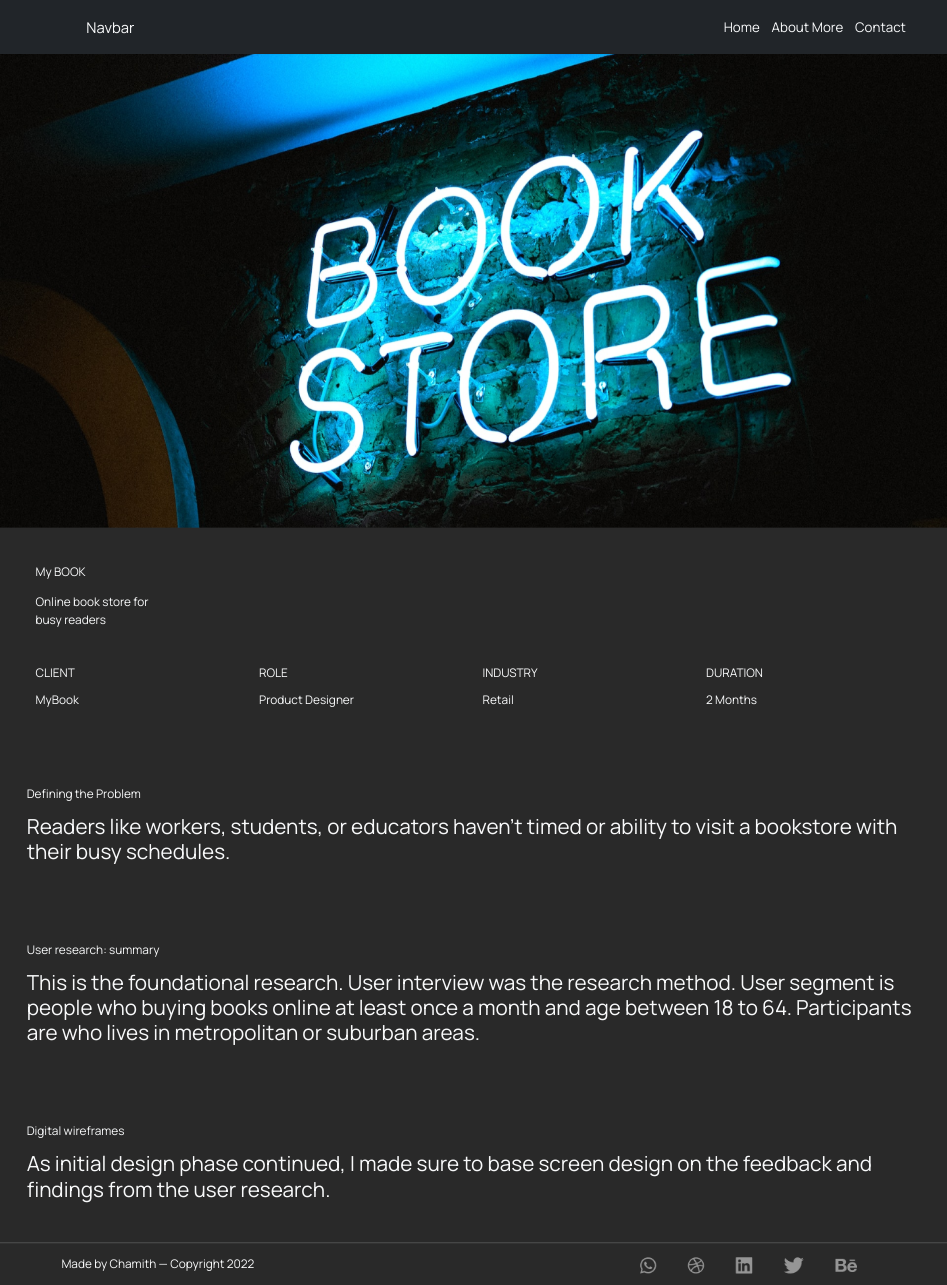
Repository: Realchamithweb/chamith-html
Page: work.html
These files come from the project's save history. The page is drawn as it stood at one moment and after a run of saves; the edit follows.
The browser window is 1280 px wide. The pictures show the whole page, at 74% of full size.

Above is the page before, as saved 2023-01-24 07:23:16.

After the next 3 saves:
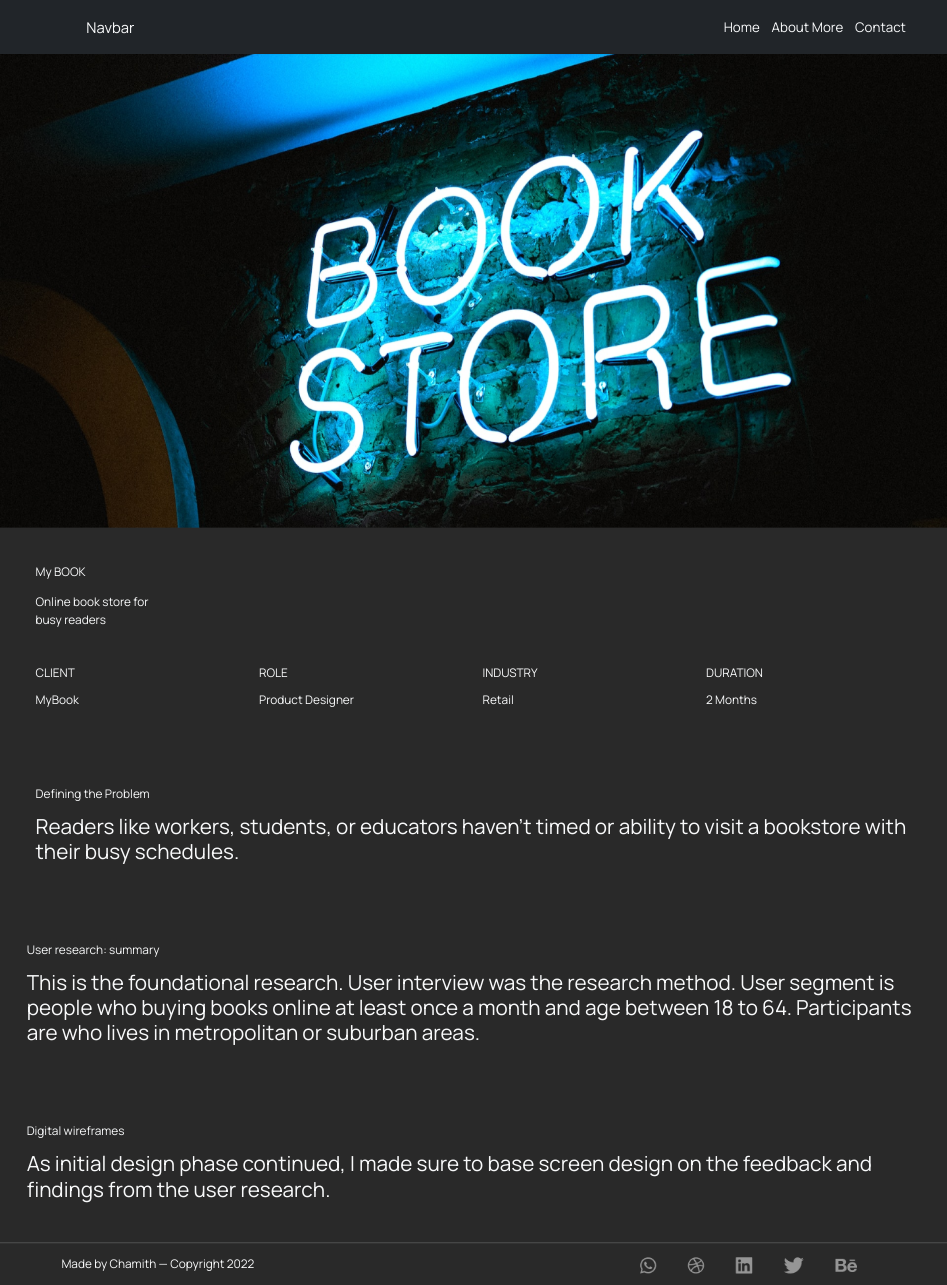
The 3 saves are shown as one change because they came seconds apart.
The last was saved 62 s later.
--- a/work.html
+++ b/work.html
@@ -69,8 +69,8 @@
                 </div>
             </section>
             <section>
-                <div class="row">
-                    <div class="col-lg-12 text-light p-5">
+                <div class="row p-5">
+                    <div class="col-lg-12 text-light">
                         <p>Defining the Problem</p>
                         <h3>Readers like workers, students, or educators haven't timed or ability to visit a bookstore with their busy schedules.</h3>
                     </div>
